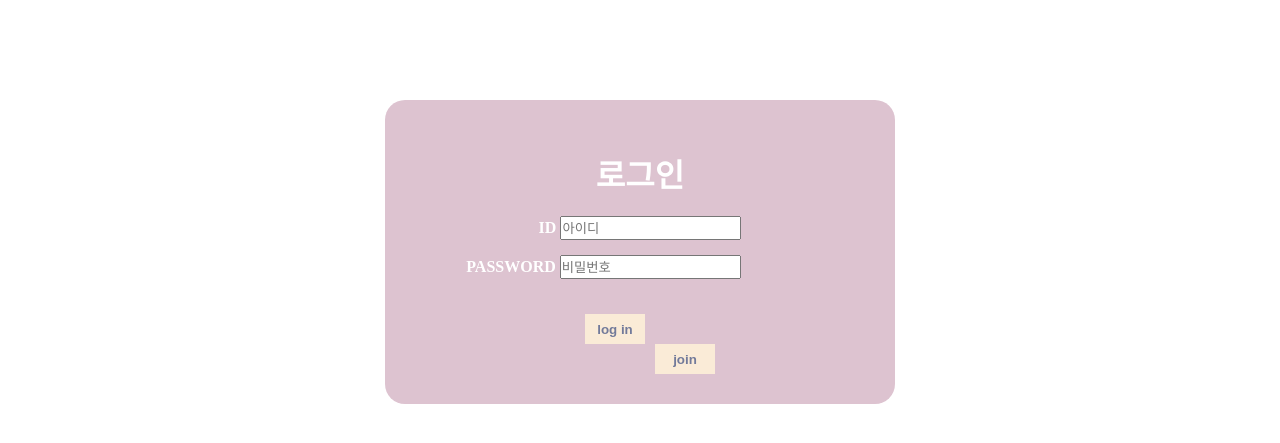
Repository: kayoyo/jsp
Page: http://localhost/BoardWeb_4/login
The author's editor kept a copy of each file at every save. The page is drawn from the files as they stood at one save, then again after the next save.
The browser window is 1280 px wide. The pictures show the whole page.
The page is served by Tomcat 9. Other server files are loaded and not shown.

Above is the page before, as saved 2020-08-28 07:00:20.

### BoardWeb_4/WebContent/WEB-INF/jsp/user/login.jsp
<%@ page language="java" contentType="text/html; charset=UTF-8"
    pageEncoding="UTF-8"%>
<!DOCTYPE html>
<html>
<head>
<meta charset="UTF-8">
<style>
* { margin:0; padding: 0; }
 a {text-decoration:none; color: black;}
 .err {color: #585858;}
 #container {width: 450px; background-color: #ddc3d0;
 			margin: 0 auto; padding:30px; text-align:center; margin-top: 100px; border-radius: 20px 20px 20px 20px;}
 h1 {margin: 20px; color: white;}
 .pw {margin-right: 73px;}
 .pw, .id {color: white; margin-bottom: 15px; font-weight:bold;}
 input {height : 20px;}
 #loginBtn {width: 60px; height: 30px; margin-left: -50px; margin-top: 20px;
 		color: #727A9A; background-color: #faebd7; font-weight:bold; border:none;}
 #joinBtn {width: 60px; height: 30px; margin-left: 90px; margin-bottop: -20px;
 		color: #727A9A; background-color: #faebd7; font-weight:bold; border:none; }



</style>
<title>로그인</title>
</head>
<body>
	<div id="container">
	<h1>로그인</h1>
	<div class="err">${msg}</div>
<form action="/login" method="post" id="logFrom">
<div class="id">ID
<input type="text" name="user_id" placeholder="아이디" value="${data.user_id}"></div>
	<div class="pw">PASSWORD
	<input type="password" name="user_pw" placeholder="비밀번호"></div>
	<input type="submit" value="log in" id="loginBtn">
	</form>
	<div class="join">
	<a href="/join"><button id="joinBtn">join</button></a>
	</div>
	</div>
</body>
</html>

### BoardWeb_4/src/com/koreait/pjt/user/LoginSer.java
package com.koreait.pjt.user;

import java.io.IOException;
import javax.servlet.ServletException;
import javax.servlet.annotation.WebServlet;
import javax.servlet.http.HttpServlet;
import javax.servlet.http.HttpServletRequest;
import javax.servlet.http.HttpServletResponse;
import javax.servlet.http.HttpSession;

import com.koreait.pjt.Const;
import com.koreait.pjt.MyUtils;
import com.koreait.pjt.ViewResolver;
import com.koreait.pjt.db.UserDAO;
import com.koreait.pjt.vo.LoginHistroryVO;
import com.koreait.pjt.vo.UserVO;


@WebServlet("/login")
public class LoginSer extends HttpServlet {
	private static final long serialVersionUID = 1L;


	protected void doGet(HttpServletRequest request, HttpServletResponse response) throws ServletException, IOException {
		if(request.getRemoteAddr().equals("192.168.2.6")) {
			response.sendRedirect("/blockip");
		}

		ViewResolver.forword("user/login", request, response);
	}
	protected void doPost(HttpServletRequest request, HttpServletResponse response) throws ServletException, IOException {

		String user_id = request.getParameter("user_id");
		String user_pw = request.getParameter("user_pw");
		String encrypt_pw = MyUtils.encryptString(user_pw);

		UserVO param = new UserVO();
		param.setUser_id(user_id);
		param.setUser_pw(encrypt_pw);

		int result = UserDAO.login(param); //param의 주소값

		if(result !=1) {
			request.setAttribute("data", param);
			switch(result) {
			case 2 : request.setAttribute("msg", "비밀번호가 다릅니다");
			break;
			case 3 : request.setAttribute("msg", "아이디가 다릅니다");
			break;
			default : request.setAttribute("msg", "로그인을 실패했습니다");
			}
			param = null;
			doGet(request, response);
			return;
		}

		//로그인 히스토리 기록
		String agent = request.getHeader("User-Agent");
		System.out.println("agent : " + agent);
		String os = getOs(agent);
		String browser = getBrowser(agent);
		String ip_addr = request.getRemoteAddr();

		System.out.println("os : " + os);
		System.out.println("browser : " + browser);
		System.out.println("ip_addr : " + ip_addr);

		LoginHistroryVO ulhVO = new LoginHistroryVO();
		ulhVO.setI_user(param.getI_user());
		ulhVO.setOs(os);
		ulhVO.setIp_addr(ip_addr);
		ulhVO.setBrowser(browser);
		UserDAO.insUserLoginHistory(ulhVO);


		HttpSession hs = request.getSession();
		hs.setAttribute(Const.LOGIN_USER, param);

		System.out.println("로그인 성공");
		response.sendRedirect("/board/list");

	}
	private String getBrowser(String agent) {
		if(agent.toLowerCase().contains("msie")) {
			return "IE";
		} else if(agent.toLowerCase().contains("chrome")) {
			return "chrome";
		} else if(agent.toLowerCase().contains("safari")) {
			return "safari";
		}
		return "";
	}
	private String getOs(String agent) {

		if(agent.contains("mac")) {
			return "mac";
		} else if(agent.toLowerCase().contains("windows")) {
			return "windows";
		} else if(agent.toLowerCase().contains("x11")) {
			return "linux";
		} else if(agent.toLowerCase().contains("android")) {
			return "android";
		} else if(agent.toLowerCase().contains("iphone")) {
			return "ios";
		}
		return "";
	}

}

### BoardWeb_4/src/com/koreait/pjt/ViewResolver.java
package com.koreait.pjt;

import java.io.IOException;

import javax.servlet.ServletException;
import javax.servlet.http.HttpServlet;
import javax.servlet.http.HttpServletRequest;
import javax.servlet.http.HttpServletResponse;

public class ViewResolver {
	public static void forword(String fileNm, HttpServletRequest request, HttpServletResponse response) throws ServletException, IOException{
		String jsp = String.format("/WEB-INF/jsp/%s.jsp", fileNm);
		request.getRequestDispatcher(jsp).forward(request, response);

	}

	//로그인 체크
	public static void forwordLoginChk(String fileNm, HttpServletRequest request, HttpServletResponse response) throws ServletException, IOException {

		if(MyUtils.isLogout(request)) {
			response.sendRedirect("/login"); //로그인이 안되어 있을 때
			return;
		}
		ViewResolver.forword(fileNm, request, response);
	}

}

After the next save:
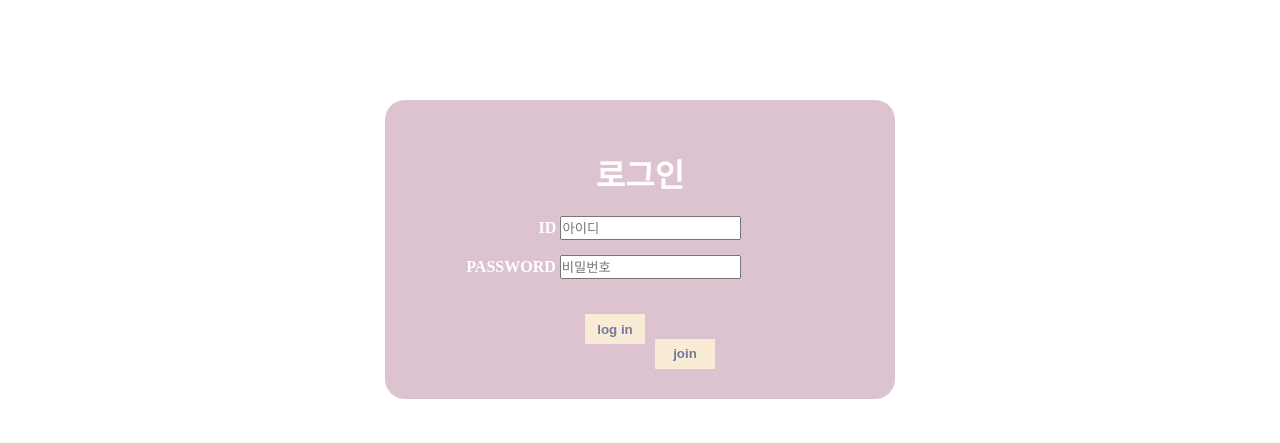
Saved 99 s later.
--- a/BoardWeb_4/WebContent/WEB-INF/jsp/user/login.jsp
+++ b/BoardWeb_4/WebContent/WEB-INF/jsp/user/login.jsp
@@ -16,7 +16,7 @@
  input {height : 20px;}
  #loginBtn {width: 60px; height: 30px; margin-left: -50px; margin-top: 20px;
  		color: #727A9A; background-color: #faebd7; font-weight:bold; border:none;}
- #joinBtn {width: 60px; height: 30px; margin-left: 90px; margin-bottop: -20px;
+ #joinBtn {width: 60px; height: 30px; margin-left: 90px; margin-top: -50px;
  		color: #727A9A; background-color: #faebd7; font-weight:bold; border:none; }
 
 
